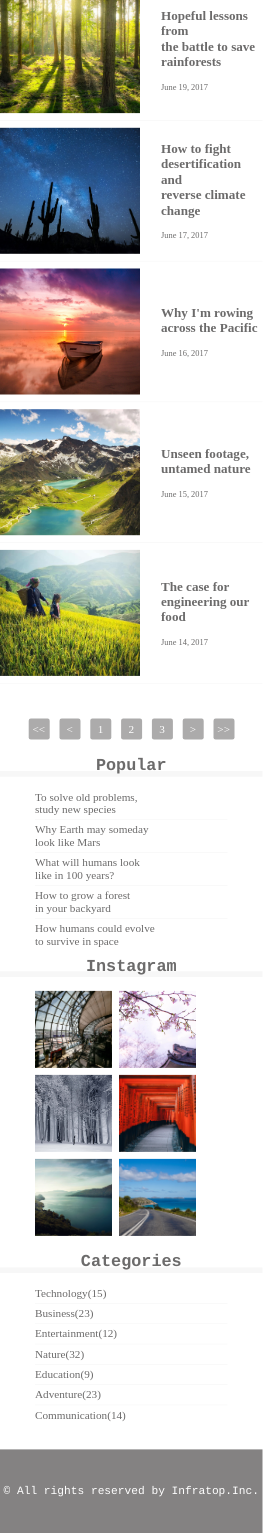
Repository: rascalNoShippo/git-practice
Page: caravan/index.html
The author's editor kept a record of every edit. The page is drawn from the files as they stood at one moment, then again after the next edit.
The browser window is 375 px wide. The pictures show the part of the page from y = 562 to 2802 px (the page is 2752 px tall before and 2802 px after), at 70% of full size.
Some web libraries are served in a nearby version.

Above is the page before.

After the next edit:
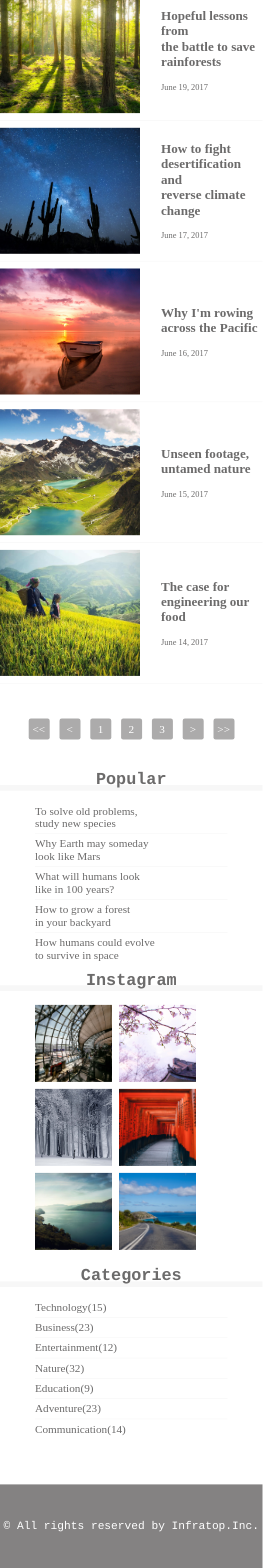
The edit:
--- a/caravan/style.css
+++ b/caravan/style.css
@@ -266,7 +266,7 @@
 
   .blog, .sidebar{
     margin-top: 30px;
-    margin-bottom: 20px;
+    margin-bottom: 50px;
   }
 
   .blog-item{
